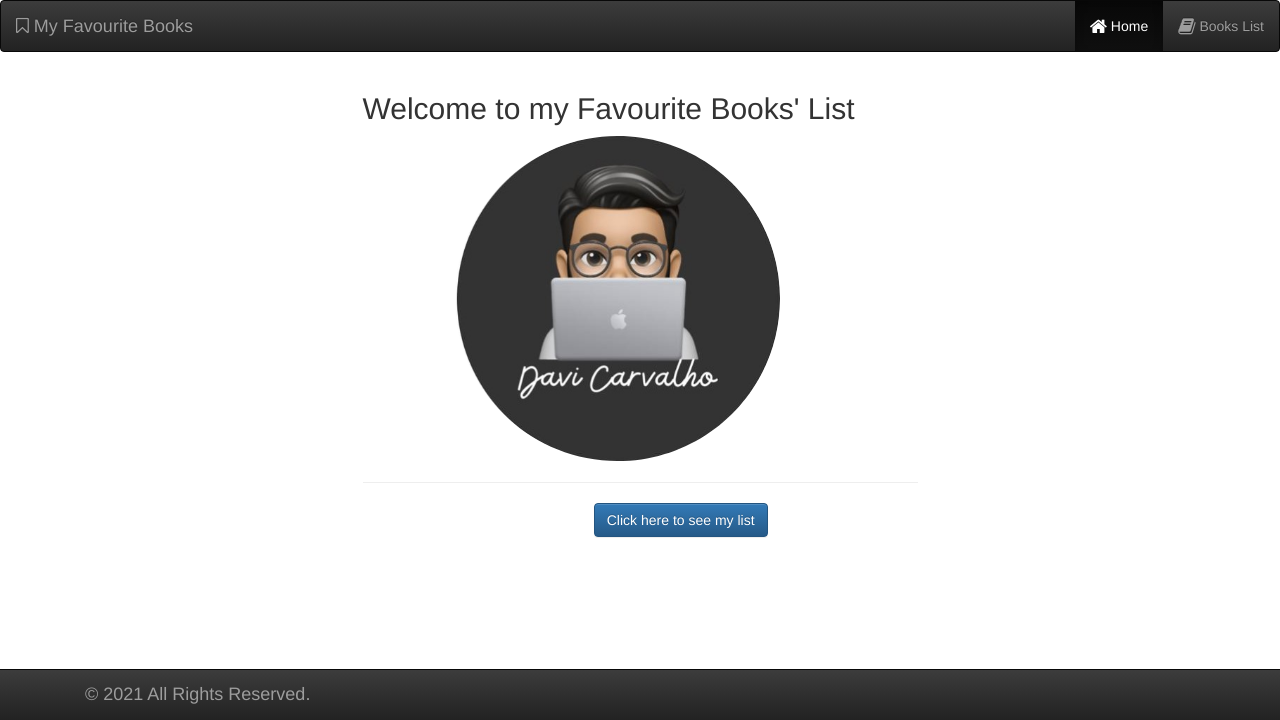
Repository: daviccarvalho/COMP229-M2021-Midterm-301154671
Page: http://localhost/
The author's editor kept a copy of each file at every save. The page is drawn from the files as they stood at one save, then again after the next save.
The browser window is 1280 px wide. The pictures show the whole page.
The page is served by the project's Node server (server.js).

Above is the page before, as saved 2021-06-22 19:06:56.

After the next save:
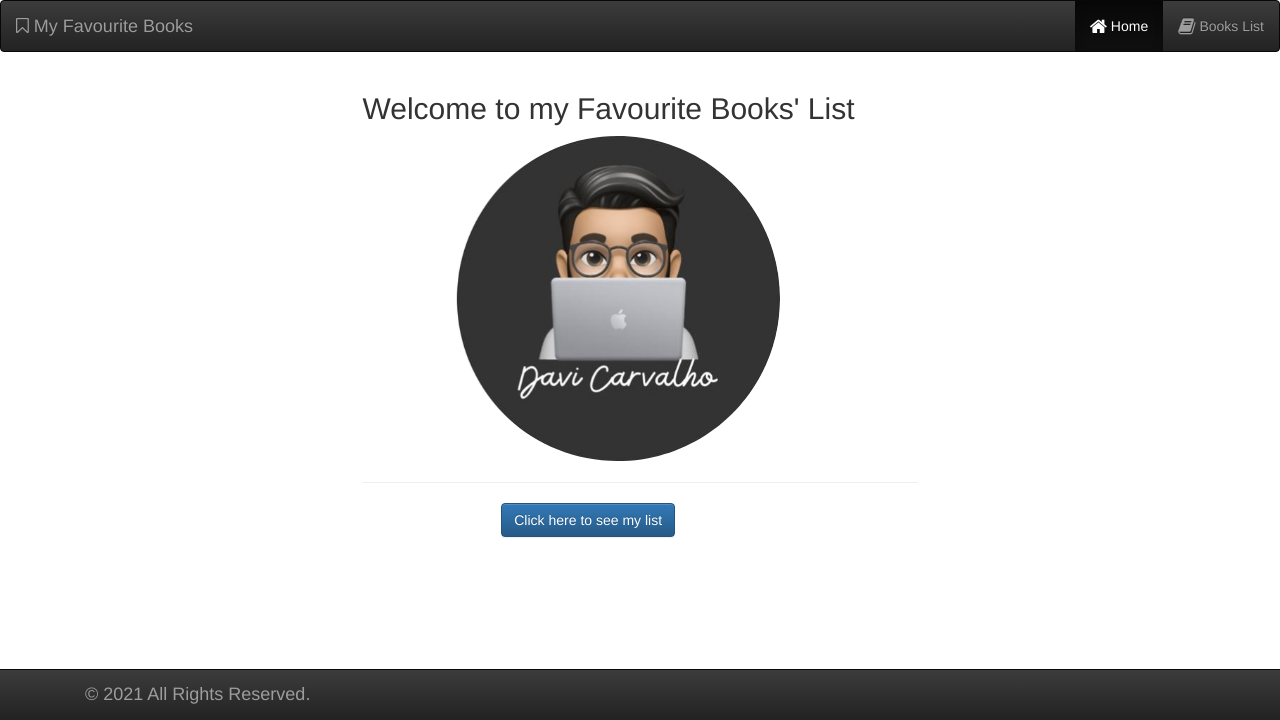
Saved 6 s later.
--- a/server/views/content/index.ejs
+++ b/server/views/content/index.ejs
@@ -13,7 +13,7 @@ June 22, 2021
           <h2>Welcome to my Favourite Books' List</h2>
         <img src="../../Assets/images/logo.svg" class="col-md-offset-2 pe-4 d-block img-fluid align-top">
       <hr class="my-4">
-        <a class="btn btn-primary col-md-offset-5" href="/books" role="button">Click here to see my list</a>
+        <a class="btn btn-primary col-md-offset-3" href="/books" role="button">Click here to see my list</a>
 
       </div>
     </div>
